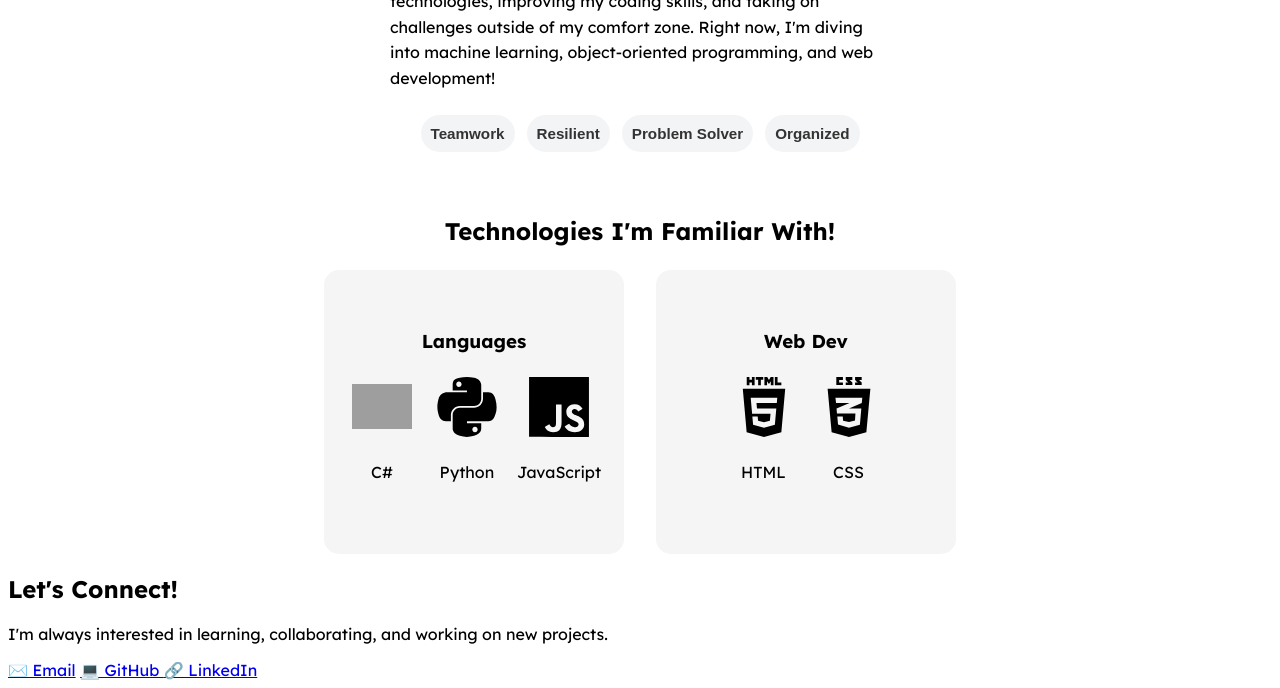
Repository: perrybalaba/perrybalaba
Page: index.html
An editor plug-in stored every save of this project. The page is shown before and after the next save, followed by the edit.
The browser window is 1280 px wide. The pictures show the part of the page from y = 1087 to 2039 px (the page is 1775 px tall before and 2039 px after).
Pictures or frames that could not be fetched are drawn as grey boxes. Some web fonts or font styles are not loaded; a fallback is used.

Above is the page before, as saved 2026-05-13 20:19:53.

After the next save:
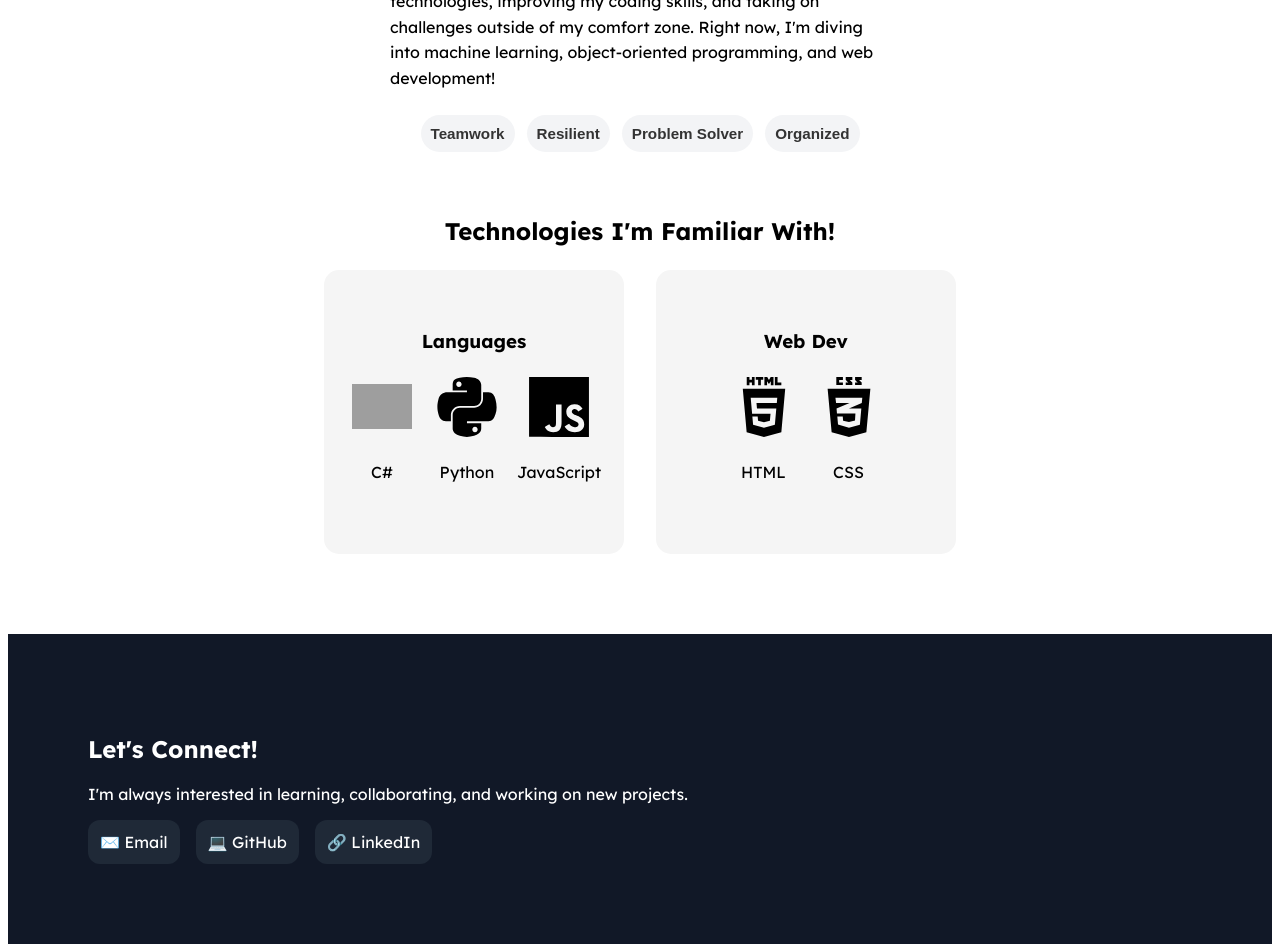
Saved 6 min 6 s later.
--- a/styles/index.css
+++ b/styles/index.css
@@ -135,3 +135,41 @@ nav ul li a:hover {
     font-size: 1rem;
     margin-bottom: 2rem;
 }
+
+/* CONTACT */
+.Contact {
+    background-color: #111827;
+    color: white;
+    padding: 5rem;
+    margin-top: 5rem;
+}
+
+.Contact-Container {
+    display: flex;
+    justify-content: space-between;
+    align-items: center;
+    max-width: 1000px;
+    margin: 0;
+    flex-wrap: wrap;
+    gap: 2rem;
+}
+
+.Contact-Links {
+    display: flex;
+    gap: 1rem;
+    flex-wrap: wrap;
+}
+
+.Contact-Links a {
+    text-decoration: none;
+    background-color: #1F2937;
+    color: white;
+    padding: 12px;
+    border-radius: 12px;
+    transition: 0.2s ease;
+}
+
+.Contact-Links:hover {
+    background-color: #374151;
+    transform: translateY(-5px);
+}
